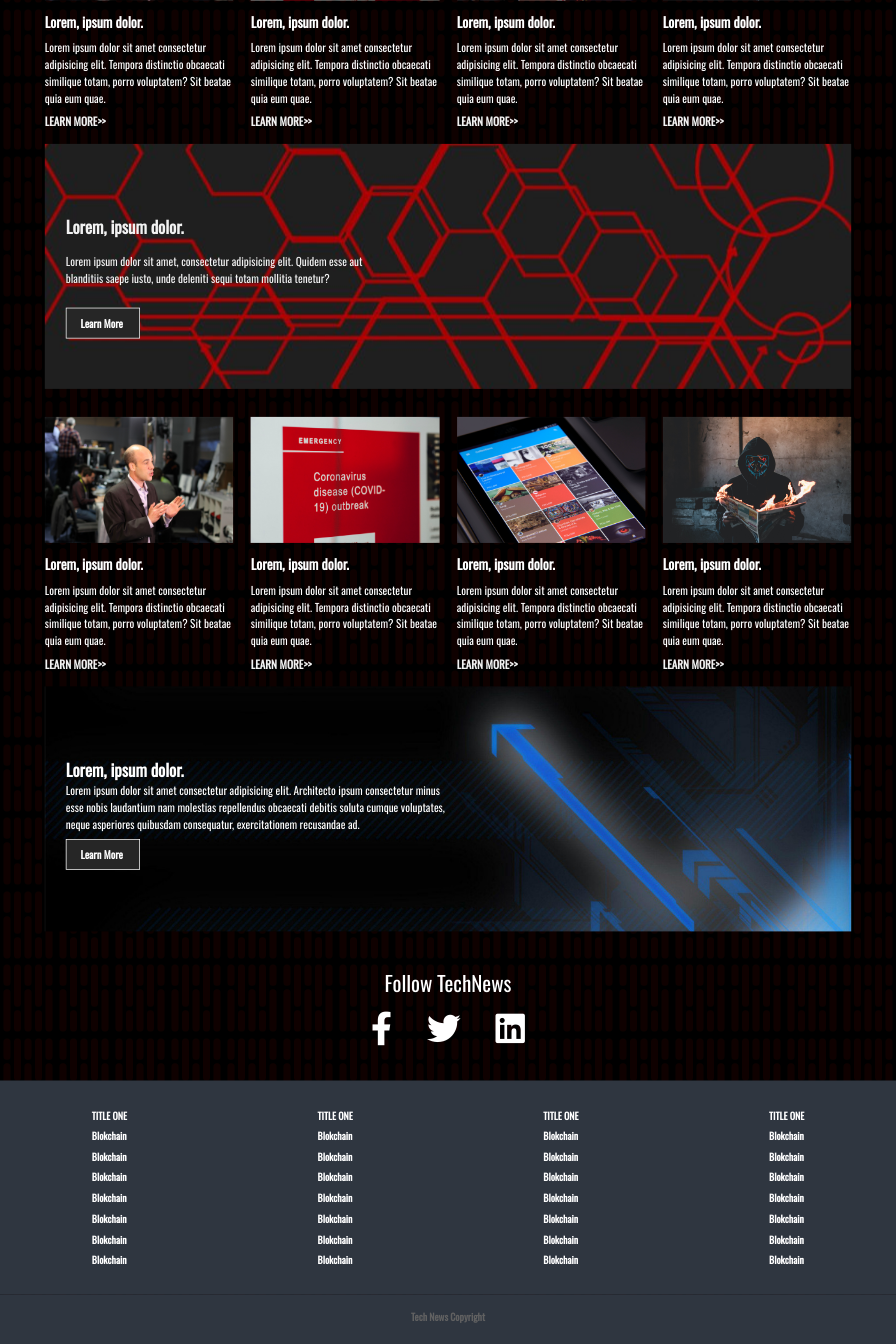
Repository: NickArregoces/News_Web
Page: index.html
The author's editor kept a copy of each file at every save. The page is drawn from the files as they stood at one save, then again after the next save.
The browser window is 1280 px wide. The pictures show the part of the page from y = 832 to 2752 px (the page is 2752 px tall before and 2684 px after), at 70% of full size.

Above is the page before, as saved 2021-12-24 21:17:54.

### index.html
<!DOCTYPE html>
<html lang="en">
<head>
    <meta charset="UTF-8">
    <meta http-equiv="X-UA-Compatible" content="IE=edge">
    <meta name="viewport" content="width=device-width, initial-scale=1.0">
    <title>TechNews</title>
    <!--FONT AWESOME-->
    <link rel="stylesheet" href="https://cdnjs.cloudflare.com/ajax/libs/font-awesome/6.0.0-beta3/css/all.min.css">

    <link rel="stylesheet" href="style.Css">
    <!--Oswald FONTS-->
    <link rel="preconnect" href="https://fonts.googleapis.com">
<link rel="preconnect" href="https://fonts.gstatic.com" crossorigin>
<link href="https://fonts.googleapis.com/css2?family=Oswald:wght@200;300;400&display=swap" rel="stylesheet">
</head>
<body>


    <div class="menu-btn">
        <i class="fas fa-bars fa-2x" ></i><!---fa-2x doble del tamañp-->

    </div>

    <div class="container">

        <nav class ="nav-main">
            <img src="img/brand.png" alt="" class="nav-brand">

            <ul class="nav-menu show">
                <li>
                    <a href="#">Web Development</a>
                </li>
                <li>
                    <a href="#">blochain</a>
                </li>
                <li>
                    <a href="#">Artificial Intelligence</a>
                </li>
                <li>
                    <a href="#">Machine Learning</a>
                </li>
                <li>
                    <a href="#">Quantum Computing</a>
                </li>
                <li>
                    <a href="#">Startup</a>
                </li>
                <li>
                    <a href="#">More</a>
                </li>
            </ul>
            <ul class="nav-menu-right">
                <li>
                    <a href="">
                        <i class="fas fa-search"></i>
                    </a>
                </li>
            </ul>
        </nav>
        <hr> <!--Crea una linea -->


        <!--Showcase=Imagen pricnipal-->
        <header class="showcase">
            <h2>Big News Today</h2>
            <p>Lorem ipsum dolor sit, amet consectetur adipisicing elit. A laboriosam eaque, praesentium suscipit velit harum cupiditate unde corrupti vitae, asperiores beatae quae. Minima veritatis quas blanditiis et assumenda aperiam voluptatum!</p>
        <!--lorem30 te crea 30 palabras-->
            <a class="btn" href="#">Read More>> <i class="fas fa-angles-double-right"></i></a>
        </header>

        <!--NEWS CARDS(COLUMNAS)-->
        <div class="news-cards">
            <div class="">
                <img src="img/news1.jpg" alt="News 1">
                <h3>Lorem, ipsum dolor.</h3>
                <p>Lorem ipsum dolor sit amet consectetur adipisicing elit. Tempora distinctio obcaecati similique totam, porro voluptatem? Sit beatae quia eum quae.</p>
                <a href="">Learn More>><i class="fas fa-amgle-dpuble-right"></i></a>
            </div>
            <div class="">
                <img src="img/news2.jpg" alt="News 2">
                <h3>Lorem, ipsum dolor.</h3>
                <p>Lorem ipsum dolor sit amet consectetur adipisicing elit. Tempora distinctio obcaecati similique totam, porro voluptatem? Sit beatae quia eum quae.</p>
                <a href="">Learn More>><i class fas fa-amgle-dpuble-right></i></a>
            </div>
            <div class="">
                <img src="img/news3.jpg" alt="News 3">
                <h3>Lorem, ipsum dolor.</h3>
                <p>Lorem ipsum dolor sit amet consectetur adipisicing elit. Tempora distinctio obcaecati similique totam, porro voluptatem? Sit beatae quia eum quae.</p>
                <a href="">Learn More>><i class="fas fa-amgle-dpuble-right" ></i></a>
            </div>
            <div class="">
                <img src="img/news4.jpg" alt="News 4">
                <h3>Lorem, ipsum dolor.</h3>
                <p>Lorem ipsum dolor sit amet consectetur adipisicing elit. Tempora distinctio obcaecati similique totam, porro voluptatem? Sit beatae quia eum quae.</p>
                <a href="">Learn More>><i class="fas fa-amgle-dpuble-right"></i></a>
            </div>
        </div>

        <div>

            <section class="cards-banner-one">
                <div class="content">
                    <h2>Lorem, ipsum dolor.</h2>
                    <p>Lorem ipsum dolor sit amet, consectetur adipisicing elit. Quidem esse aut blanditiis saepe iusto, unde deleniti sequi totam mollitia tenetur?</p>
                    <a href="#" class="btn">Learn More <i class="fas fa-amgle-dpuble-right"></i></a>
                </div>

            </section>

            <!--NEWS CARDS(COLUMNAS)-->
        <div class="news-cards">
            <div class="">
                <img src="img/news1.jpg" alt="News 1">
                <h3>Lorem, ipsum dolor.</h3>
                <p>Lorem ipsum dolor sit amet consectetur adipisicing elit. Tempora distinctio obcaecati similique totam, porro voluptatem? Sit beatae quia eum quae.</p>
                <a href="">Learn More>><i class="fas fa-amgle-dpuble-right"></i></a>
            </div>
            <div class="">
                <img src="img/news2.jpg" alt="News 2">
                <h3>Lorem, ipsum dolor.</h3>
                <p>Lorem ipsum dolor sit amet consectetur adipisicing elit. Tempora distinctio obcaecati similique totam, porro voluptatem? Sit beatae quia eum quae.</p>
                <a href="">Learn More>><i class fas fa-amgle-dpuble-right></i></a>
            </div>
            <div class="">
                <img src="img/news3.jpg" alt="News 3">
                <h3>Lorem, ipsum dolor.</h3>
                <p>Lorem ipsum dolor sit amet consectetur adipisicing elit. Tempora distinctio obcaecati similique totam, porro voluptatem? Sit beatae quia eum quae.</p>
                <a href="">Learn More>><i class="fas fa-amgle-dpuble-right" ></i></a>
            </div>
            <div class="">
                <img src="img/news4.jpg" alt="News 4">
                <h3>Lorem, ipsum dolor.</h3>
                <p>Lorem ipsum dolor sit amet consectetur adipisicing elit. Tempora distinctio obcaecati similique totam, porro voluptatem? Sit beatae quia eum quae.</p>
                <a href="">Learn More>><i class="fas fa-amgle-dpuble-right"></i></a>
            </div>
        </div>

        <section class="cards-banner-two">
            <div class="content">
                <h2>Lorem, ipsum dolor.</h2>
                <p>Lorem ipsum dolor sit amet consectetur adipisicing elit. Architecto ipsum consectetur minus esse nobis laudantium nam molestias repellendus obcaecati debitis soluta cumque voluptates, neque asperiores quibusdam consequatur, exercitationem recusandae ad.</p>
                <a href="#" class="btn">Learn More <i class="fas fa-angles-double-right"></i> </a>
            </div>
        </section>

        <section class="social">

                <p> Follow TechNews</p>
                <div class="links">
                    <a href="#"><!--Se crean lo iconos automaticamente-->
                        <i class="fab fa-facebook-f"></i>
                    </a>
                <a href="#">
                    <i class="fab fa-twitter"></i>
                </a>
                <a href="#">
                    <i class="fab fa-linkedin"></i>
                </a>

                </div>

        </section>

        </div>

    </div>

    <div class="footer-links">
        <div class="footer-container">
            <ul>
                <li>
                    <a href="#">
                        <h3>TITLE ONE</h3>
                    </a>
                </li>
                <li>
                    <a href="#">
                        <h3>Blokchain</h3>
                    </a>
                </li>
                <li>
                    <a href="#">
                        <h3>Blokchain</h3>
                    </a>
                </li>
                <li>
                    <a href="#">
                        <h3>Blokchain</h3>
                    </a>
                </li>
                <li>
                    <a href="#">
                        <h3>Blokchain</h3>
                    </a>
                </li>
                <li>
                    <a href="#">
                        <h3>Blokchain</h3>
                    </a>
                </li>
                <li>
                    <a href="#">
                        <h3>Blokchain</h3>
                    </a>
                </li>
                <li>
                    <a href="#">
                        <h3>Blokchain</h3>
                    </a>
                </li>
            </ul>

            <ul>
                <li>
                    <a href="#">
                        <h3>TITLE ONE</h3>
                    </a>
                </li>
                <li>
                    <a href="#">
                        <h3>Blokchain</h3>
                    </a>
                </li>
                <li>
                    <a href="#">
                        <h3>Blokchain</h3>
                    </a>
                </li>
                <li>
                    <a href="#">
                        <h3>Blokchain</h3>
                    </a>
                </li>
                <li>
                    <a href="#">
                        <h3>Blokchain</h3>
                    </a>
                </li>
                <li>
                    <a href="#">
                        <h3>Blokchain</h3>
                    </a>
                </li>
                <li>
                    <a href="#">
                        <h3>Blokchain</h3>
                    </a>
                </li>
                <li>
                    <a href="#">
                        <h3>Blokchain</h3>
                    </a>
                </li>
            </ul>

            <ul>
                <li>
                    <a href="#">
                        <h3>TITLE ONE</h3>
                    </a>
                </li>
                <li>
                    <a href="#">
                        <h3>Blokchain</h3>
                    </a>
                </li>
                <li>
                    <a href="#">
                        <h3>Blokchain</h3>
                    </a>
                </li>
                <li>
                    <a href="#">
                        <h3>Blokchain</h3>
                    </a>
                </li>
                <li>
                    <a href="#">
                        <h3>Blokchain</h3>
                    </a>
                </li>
                <li>
                    <a href="#">
                        <h3>Blokchain</h3>
                    </a>
                </li>
                <li>
                    <a href="#">
                        <h3>Blokchain</h3>
                    </a>
                </li>
                <li>
                    <a href="#">
                        <h3>Blokchain</h3>
                    </a>
                </li>
            </ul>

            <ul>
                <li>
                    <a href="#">
                        <h3>TITLE ONE</h3>
                    </a>
                </li>
                <li>
                    <a href="#">
                        <h3>Blokchain</h3>
                    </a>
                </li>
                <li>
                    <a href="#">
                        <h3>Blokchain</h3>
                    </a>
                </li>
                <li>
                    <a href="#">
                        <h3>Blokchain</h3>
                    </a>
                </li>
                <li>
                    <a href="#">
                        <h3>Blokchain</h3>
                    </a>
                </li>
                <li>
                    <a href="#">
                        <h3>Blokchain</h3>
                    </a>
                </li>
                <li>
                    <a href="#">
                        <h3>Blokchain</h3>
                    </a>
                </li>
                <li>
                    <a href="#">
                        <h3>Blokchain</h3>
                    </a>
                </li>
            </ul>
        </div>
    </div>

    <footer class="footer">
        <h3>Tech News Copyright</h3>
    </footer>

    <script src="./main.js" ></script>
</body>
</html>

### style.Css
*{
    box-sizing: border-box;
    margin: 0;
    padding: 0;
}

body{
    background:#000000;
    color:#ffff;
    background-color: #000000;
    background-image: url("data:[embedded picture, 663 characters]");
    font-size: 16px;
    font-family: 'Oswald', sans-serif;
}

a{
    color: #ffff;
    text-decoration: none;
}

ul{
    list-style: none;
}
.container{
    width: 90%;/*responsive*/
    margin: auto;
    color: #ffff;/*MIO*/
}
/*Navigation*/
.nav-main{
    font-size: 17px;
    display: flex;/*Elememnto al lado de otro*/
    justify-content: space-between;
    align-items: center;
    height: 60px;
    padding: 20px 0px;
}
.nav-brand{
    width: 50px;
}

/*Nav Left*/
.nav-main ul{
    display:flex;
}

.nav-main ul li{
    padding: 10px;
}

.nav-main ul li a{
    padding: 6px;
}

.nav-main ul li a:hover {
    border-bottom: 2px solid #ffffff;
}
.nav-main ul.nav-menu{
    flex:1;
    margin-left: 20px;
}

.menu-btn {
    position: absolute;
    cursor: pointer;
    top: 15px;
    right: 30px;
    z-index: 2;
}

/*Showcase*/
hr{
    margin:10px 0px;
}
.showcase{
    width: 100%;
    height: 550px;
    /*Arreglar img */
    background: url(/img/showcase2.jpg) no-repeat center center/cover;
    padding: 50px;
    margin-bottom: 20px;/*Margen interna*/
    display:flex;
    flex-direction: column;
    align-items: center;/*centrar P*/
    justify-content: flex-end; /*p al final*/
}

.btn{
    cursor: pointer;
    display: inline-block;
    border: 0;
    font-weight: bold;
    padding: 10px 20px;
    background: #262626;
    color:#ffffff;
    font-size: 15px;
    border: 1px solid #ffff;
    margin:10px 0px;
}

.btn:hover{
    opacity: 0.7;
}

.showcase h2,
.showcase p{
    margin-bottom: 10px;
}

/*News CARS*/
.news-cards{
    display: grid;
    grid-template-columns: 1fr 1fr 1fr 1fr;/*4 columnas*/
    gap: 25px;/*espaciado card*/
    margin: 10px 0;
}

.news-cards img{
    width:100%;
    height:  180px;
}

.news-cards h3{
    font-size: 20px;
    margin:  10px 0;

}

.news-cards a{
    padding: 10px 0;
    color: #f2f2f2;
    text-transform: uppercase;
    display: inline-block;
    font-weight: bold;
}

.news-cards a:hover{
    text-decoration: underline; /*Line debajo*/
}

/*Cards-banner-one*/

.cards-banner-one {
    width: 100%;
    height: 350px;
    background: url(./img/tech-red.jpg) no-repeat center/cover;;
    margin-bottom: 40px;
}
.cards-banner-one .content{
    width: 40%;
    padding: 90px 0 0 30px;
    color: #f2f2f2;
}

.cards-banner-one p,
.cards-banner-one h2{
    margin: 10px 0 20px 0;
}

/*CARDS BANNER TWO*/

.cards-banner-two{
    background: url(./img/image-five.jpg) no-repeat center/cover;
    width: 100%;
    height: 350px;
}

.cards-banner-two .content{
    width: 50%;
    padding: 100px 0 0 30px;
}

/*Social*/
.social{
    margin: 50px;
}

.social p{
    text-align: center;
    font-size: 30px;
    margin-bottom: 20px;
}

.links{
    display: flex;
    align-items: center;
    justify-content: center;
}

.links a{
    margin: 0 25px;
}
.links a i{
    font-size: 3rem;
}

/*Footer-Links*/

.footer-links{
    background: #2f3640;
    color: #616161;
    font-size: 12px;
    padding: 35px 0;
}

.footer-container {
    display: grid;/*activa grid*/
    grid-template-columns: repeat(4, 1fr);
    gap: 10px;
    align-items: flex-start;
    justify-content: center;
}

.footer-container ul{
    margin:0 auto; /*Automaticamente margen separadas*/
}
.footer-container ul li{
    line-height: 2.1;
}

.footer{
    background: #2f3640;
    color: #616161;
    font-size: 12px;
    padding:20px 0;
    text-align: center;
    padding-bottom: 30px;
}

/*!RESPONSIVE*/
@media (max-width: 700px) {

    .nav-main ul.nav-menu{
        display: block; /*Los elementos de bajan en linea*/
        position: absolute;
        top: 0;
        left: 0;/*Para que quede al borde*/
        background: #2f3640;
        height: 100%;
        padding: 30px;
        opacity: .9;
        transform: translateX(-400px);/*se muestre el boton*/
        transition: transform .5s ease-in-out ;
    }

    .nav-main ul.nav-menu.show{
        transform: translateX(-20px);
    }

    .nav-main ul.nav-menu li{
        padding: 20px;
        /*border-bottom: #ccc solid 1px  para borde abajo*/
        font-size: 14px;
    }

    .nav-main ul.nav-menu-right{
        margin-right: 40px;
    }
    .news-cards {
        grid-template-columns: repeat(2, 1fr);
    }

    .cards-banner-one .content,
    .cards-banner-two .content{
        width: 80%;
    }

    .footer-links .footer-container{
        grid-template-columns: repeat(2, 1fr);
    }
}

@media (max-width: 500px) {
    .news-cards {
        grid-template-columns: 1fr;/* 1 columna*/
    }

    .news-cards img{
        height:  270px;
    }

    .cards-banner-two .content,
    .cards-banner-one .content{
        width: 100%;
        padding: 60px 20px;
    }

    .footer-links .footer-container{
        grid-template-columns: 1fr;
    }
}

### main.js
// boton
document.querySelector('.menu-btn').addEventListener('click', () => {// seleccionar un documento clase btn
    document.querySelector('.nav-menu').classList.toggle('show'); // claslist añadir o quitar la clase show
});

After the next save:
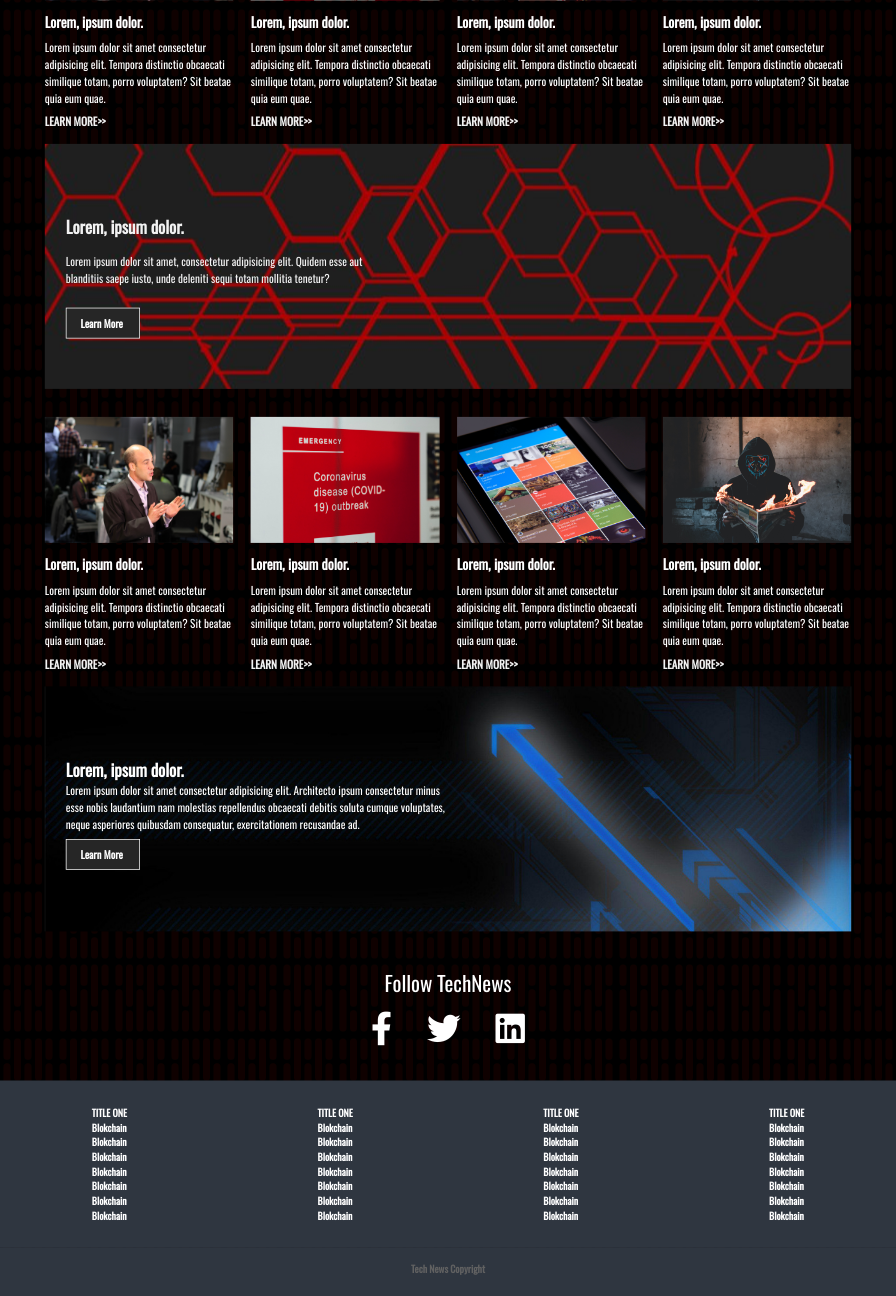
Saved 6 s later.
--- a/style.Css
+++ b/style.Css
@@ -215,7 +215,7 @@ hr{
     margin:0 auto; /*Automaticamente margen separadas*/
 }
 .footer-container ul li{
-    line-height: 2.1;
+    line-height: 2.8¿;
 }
 
 .footer{
